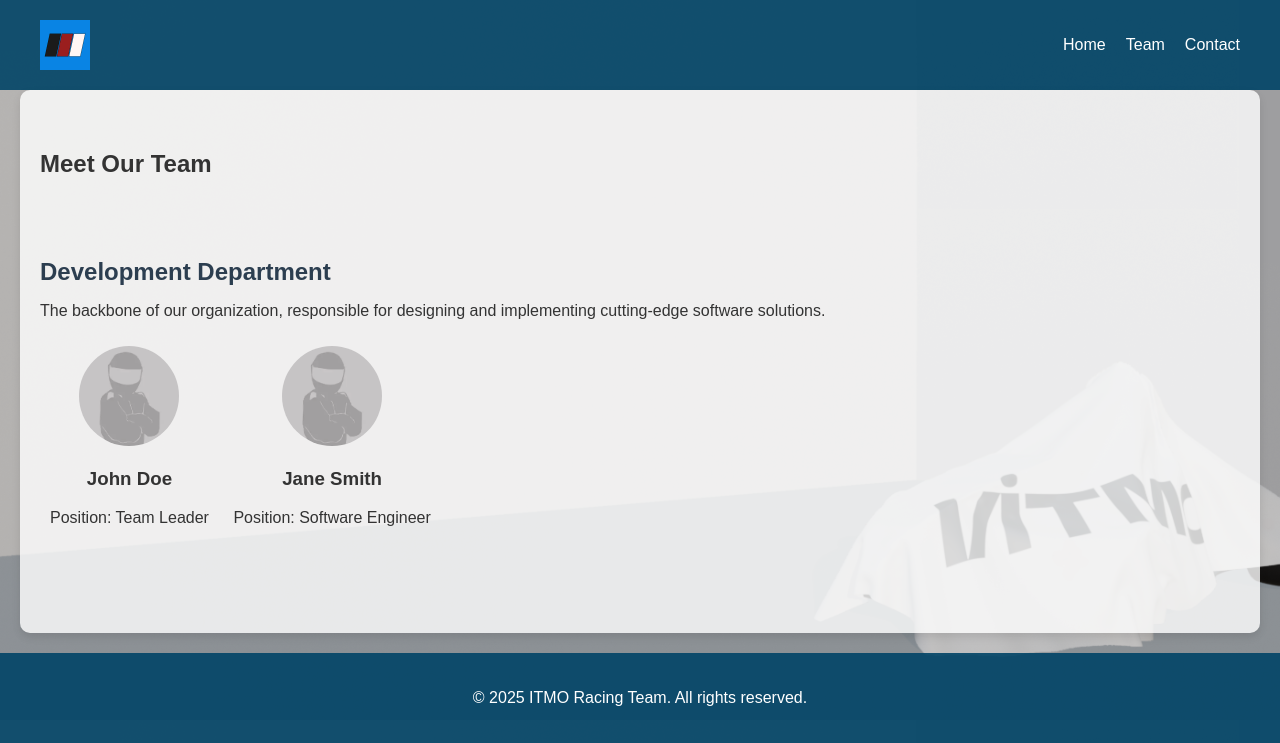
Repository: fs-itmo/fs-itmo.github.io
Page: team.html
An editor plug-in stored every save of this project. The page is shown before and after the next save, followed by the edit.
The browser window is 1280 px wide. The pictures show the whole page.
Backgrounds fixed to the window are drawn as part of the page.

Above is the page before, as saved 2024-12-30 14:39:04.

After the next save:
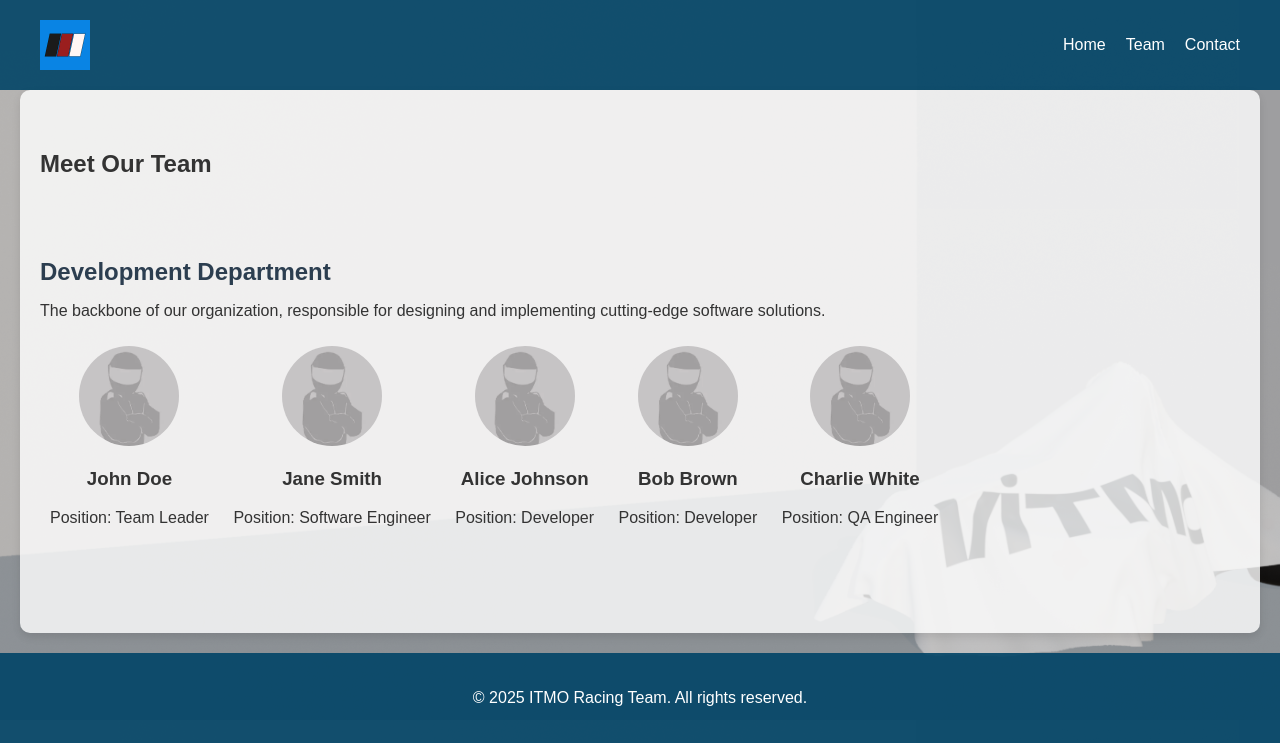
Saved 2 s later.
--- a/team.html
+++ b/team.html
@@ -37,9 +37,24 @@
                 <h3>Jane Smith</h3>
                 <p>Position: Software Engineer</p>
             </div>
+            <div class="team-member">
+                <img src="assets/images/noname_pilot.png" alt="Alice Johnson">
+                <h3>Alice Johnson</h3>
+                <p>Position: Developer</p>
+            </div>
+            <div class="team-member">
+                <img src="assets/images/noname_pilot.png" alt="Bob Brown">
+                <h3>Bob Brown</h3>
+                <p>Position: Developer</p>
+            </div>
+            <div class="team-member">
+                <img src="assets/images/noname_pilot.png" alt="Charlie White">
+                <h3>Charlie White</h3>
+                <p>Position: QA Engineer</p>
+            </div>
         </div>
 
-        <!-- Additional departments can be added here -->
+        <!-- Add more departments here if needed -->
     </section>
 
     <footer>
